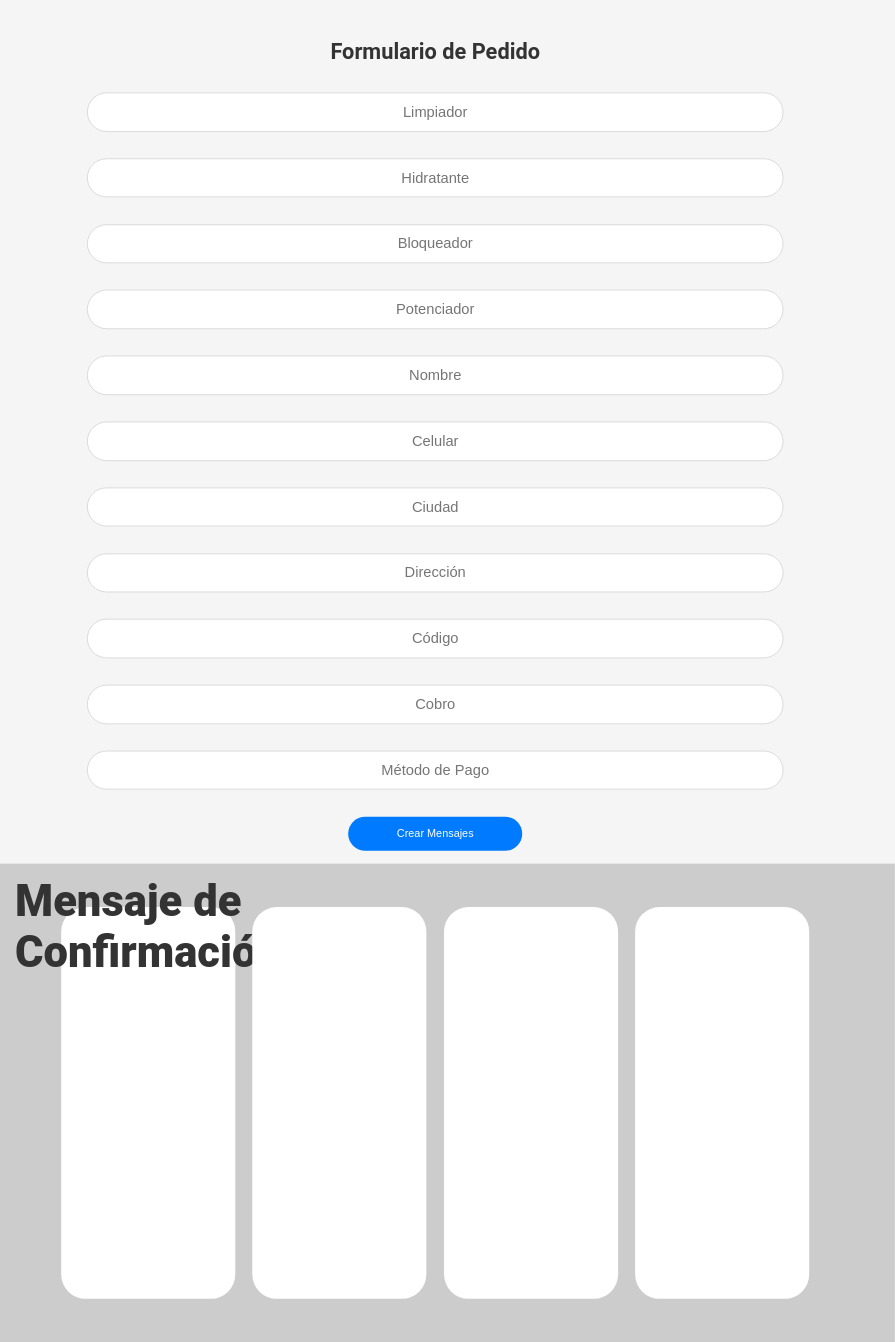
Repository: aCoupon0/intranet
Page: 1/venta-1.html
An editor plug-in stored every save of this project. The page is shown before and after the next save, followed by the edit.
The browser window is 1280 px wide. The page is 1316 px wide, so the pictures cover 1316 px, including what lies to the right of the window. The pictures show the whole page, at 68% of full size.

Above is the page before, as saved 2024-12-09 12:37:30.

### 1/venta-1.html
<!DOCTYPE html>
<html lang="es">

<head>
    <meta charset="UTF-8">
    <meta name="viewport" content="width=device-width, initial-scale=1.0">
    <title>Intranet DermaBox</title>
    <link rel="stylesheet" href="../css/venta.css">
</head>

<body>
    <h1>Formulario de Pedido</h1>

    <!-- Inputs para los productos -->
    <input type="text" id="input-limpiador" class="input-texto" placeholder="Limpiador">
    <input type="text" id="input-hidratante" class="input-texto" placeholder="Hidratante">
    <input type="text" id="input-bloqueador" class="input-texto" placeholder="Bloqueador">
    <input type="text" id="input-potenciador" class="input-texto" placeholder="Potenciador">

    <!-- Inputs para los datos del cliente -->
    <input type="text" id="input-nombre" class="input-texto" placeholder="Nombre">
    <input type="text" id="input-celular" class="input-texto" placeholder="Celular">
    <input type="text" id="input-ciudad" class="input-texto" placeholder="Ciudad">
    <input type="text" id="input-direccion" class="input-texto" placeholder="Dirección">

    <!-- Inputs para código, cobro y método -->
    <input type="text" id="input-codigo" class="input-texto" placeholder="Código">
    <input type="text" id="input-cobro" class="input-texto" placeholder="Cobro">
    <input type="text" id="input-metodo" class="input-texto" placeholder="Método de Pago">

    <!-- Botón para enviar -->
    <button id="boton-enviar" class="boton-enviar">Crear Mensajes</button>

    <div class="primera-fase">
        <div class="section-dual">
            <div class="section-dual-title">Mensaje de Confirmación</div>
        </div>
        <div class="section-dual"></div>
        <div class="section-dual"></div>
        <div class="section-dual"></div>
    </div>

    <script src="../js/ventas-shared.js"></script>
</body>

</html>

### css/venta.css
body {
    font-family: 'Roboto', system-ui, -apple-system, BlinkMacSystemFont, 'Segoe UI', sans-serif;
    margin: 0;
    padding: 0;
    display: flex;
    justify-content: center;
    align-items: center;
    height: auto;
    flex-direction: column;
    background-color: #f5f5f5;
    color: #333;
    gap: 1.5vw;
    padding-top: 5vh;
}

input {
    width: 80vw; /* Ocupa el 80% del ancho del contenedor */
    height: 8vh; /* Altura dinámica según el viewport */
    padding: 10px;
    font-size: 3vh;
    border: 1px solid #ccc;
    border-radius: 5vw;
    margin-bottom: 20px; /* Separación del botón */
    box-sizing: border-box;
    text-align: center;
}

.boton-enviar {
    width: 20%; /* Mismo ancho que el input */
    padding: 10px;
    height: 7vh; /* Misma altura que el input */
    font-size: 1rem;
    background-color: #007BFF;
    color: white;
    border: none;
    border-radius: 5vw;
    cursor: pointer;
    transition: background-color 0.3s;
    text-align: center;
}

.boton-enviar:hover {
    background-color: #0056b3;
}


.primera-fase {
    width: 100%;
    height: auto;
    padding: 5% 5vh 5% 5vh;
    display: flex;
    justify-content: center;
    align-content: center;
    background-color: #ccc;
    flex-direction: row;
    gap: 2%;
}

.section-dual {
    width: 20%;
    height: 80vh;
    border-radius: 5vh;
    display: flex;
    flex-direction: column;
    background-color: #ffffff;
    justify-content: flex-start;
    align-items: center;
}

.section-dual-title {
    width: 100%;
    height: 10%;
    display: flex;
    justify-content: center;
    align-items: center;
    font-size: 5vw;
    font-weight: 800;
}

Loaded but not shown: js/ventas-shared.js (empty)

After the next save:
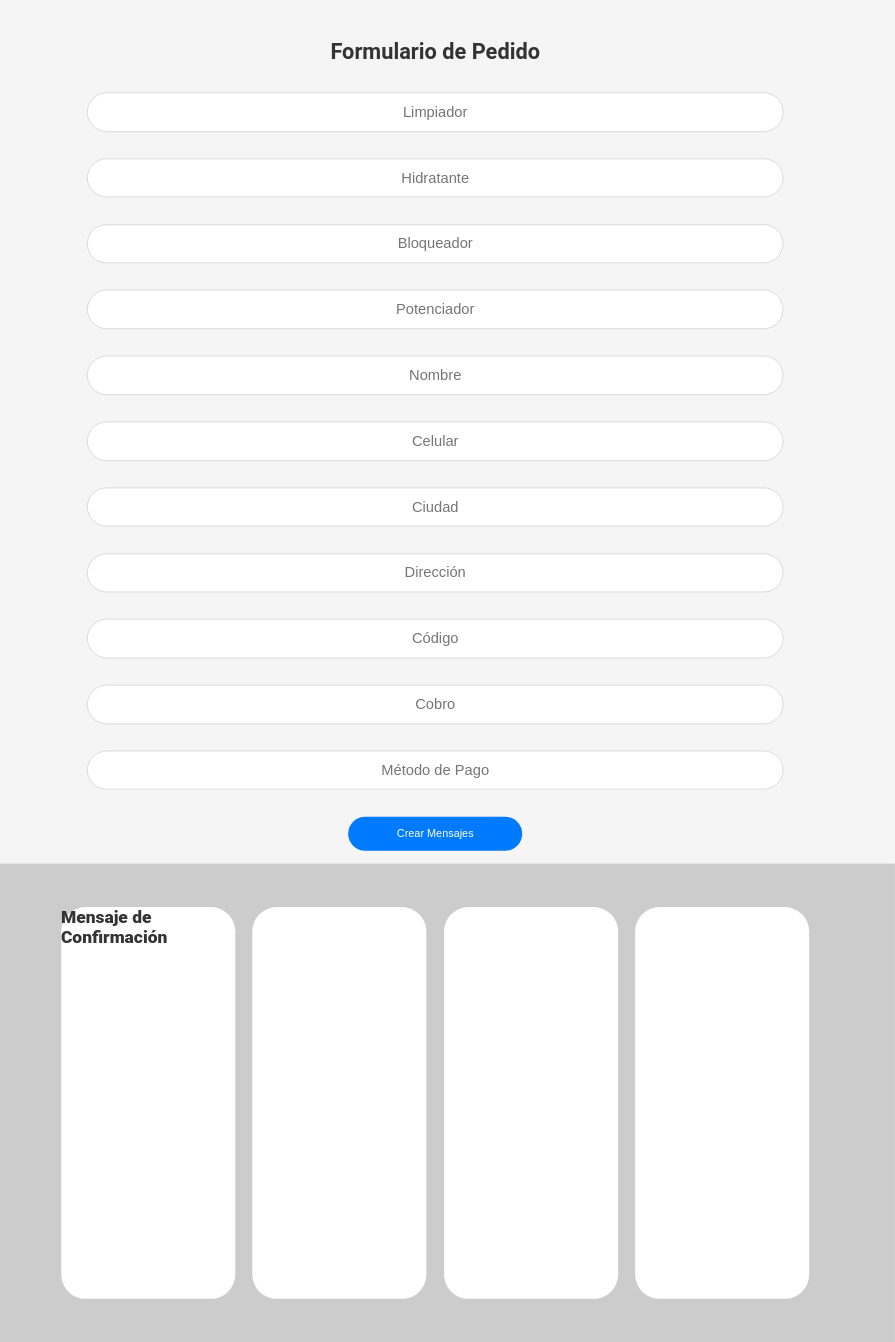
Saved 6 s later.
--- a/css/venta.css
+++ b/css/venta.css
@@ -73,6 +73,6 @@ input {
     display: flex;
     justify-content: center;
     align-items: center;
-    font-size: 5vw;
+    font-size: 2vw;
     font-weight: 800;
 }
